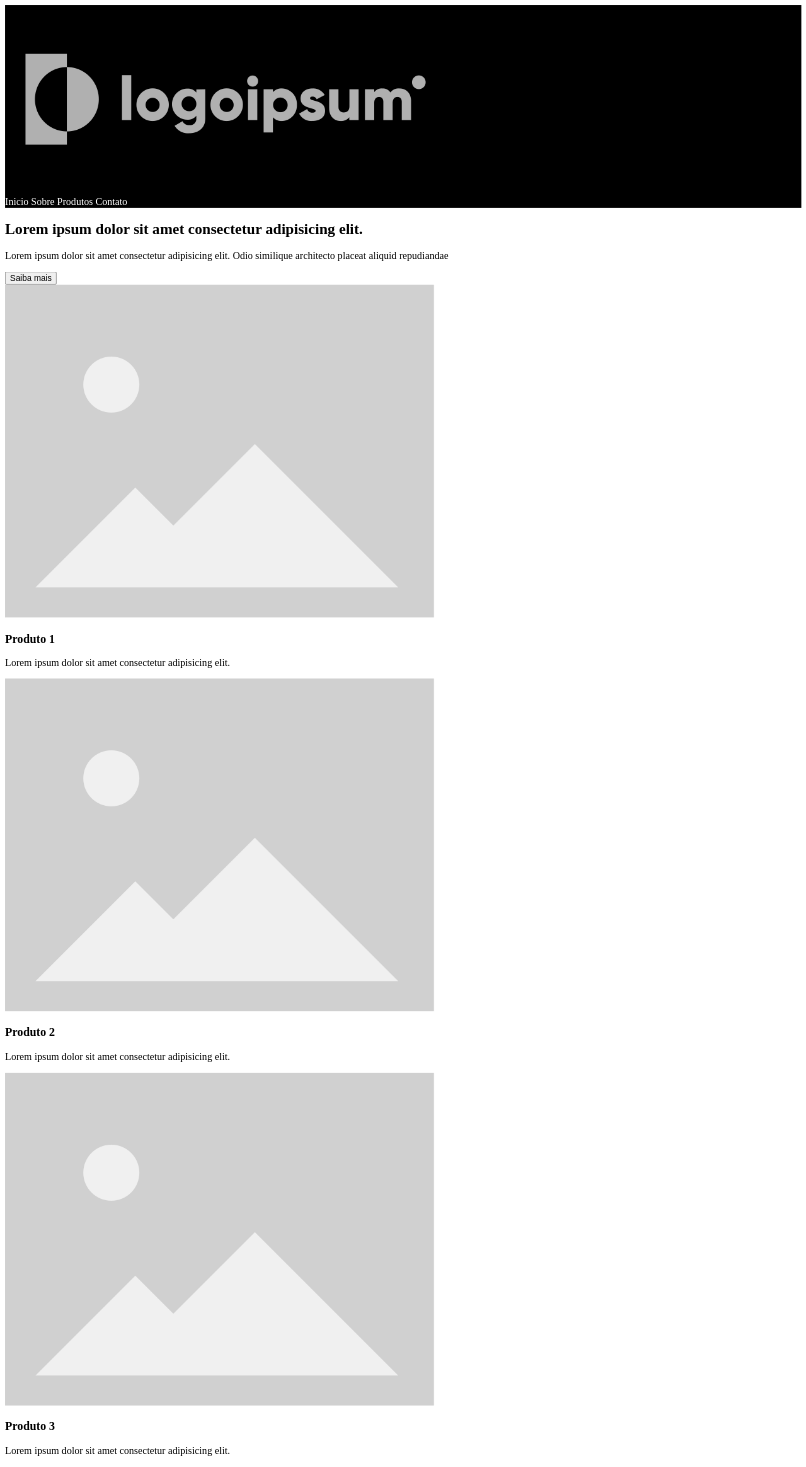
Repository: Carolden/SiteCrie_Ti
Page: index.html
These files come from the project's save history. The page is drawn as it stood at one moment and after the next save; the edit follows.
The browser window is 1280 px wide. The pictures show the whole page, at 63% of full size.

Above is the page before, as saved 2023-04-20 22:14:15.

After the next save:
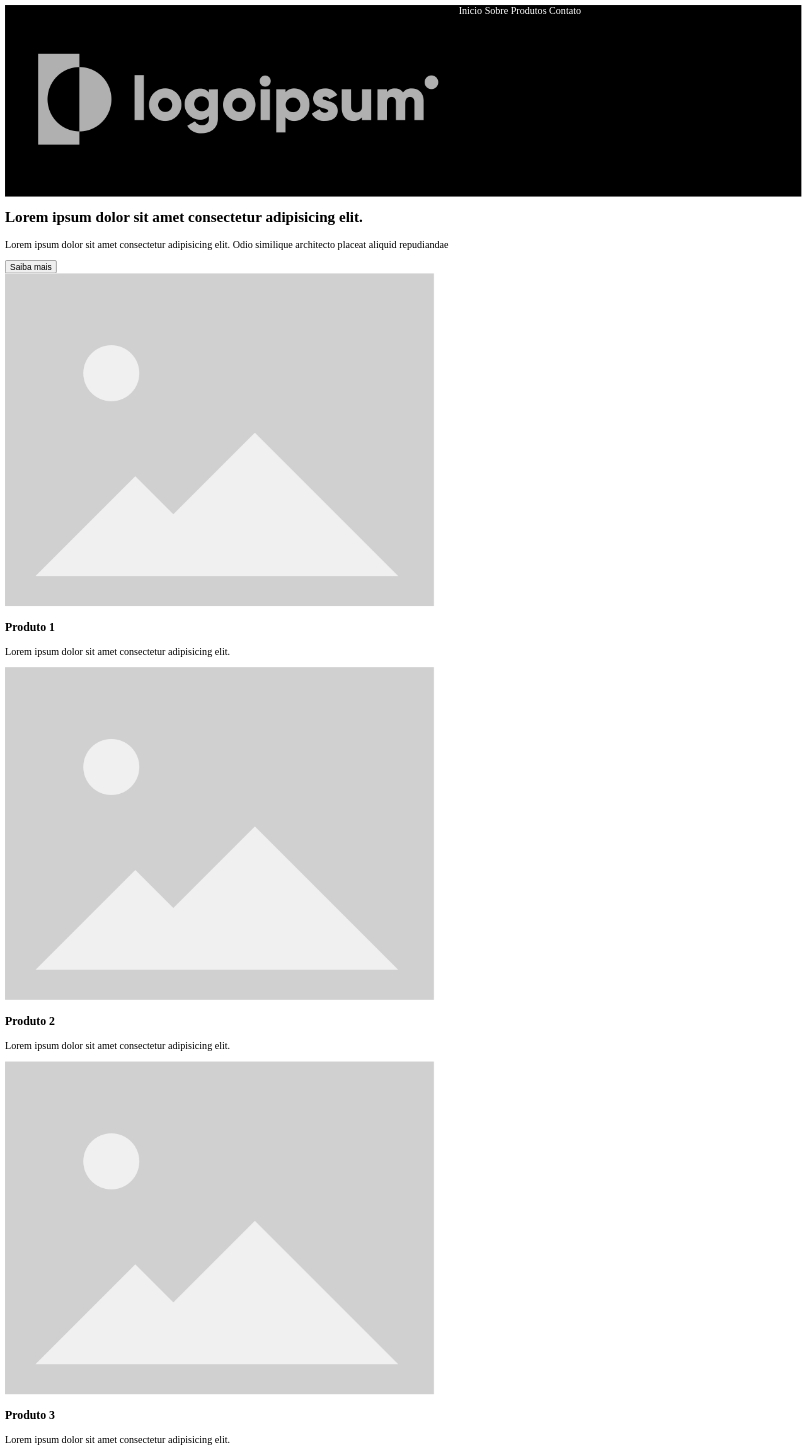
Saved 102 s later.
--- a/index.css
+++ b/index.css
@@ -1,5 +1,14 @@
 header {
     background-color: black;
+    display: flex;
+    /* align-items: center; */
+    /* position: fixed; */
+    /* background-color: white; */
+    width: 100%;
+    top: 0;
+    padding-left: 20px;
+    padding-right: 20px;
+    box-sizing: border-box;
 }
 
 header nav a {
